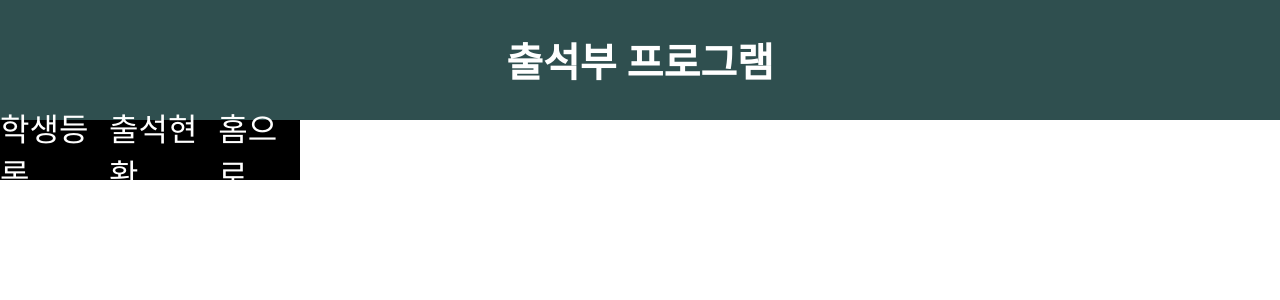
Repository: balhyo-younjisang/DigitechJSP
Page: http://localhost/rollbook/
An editor plug-in stored every save of this project. The page is shown before and after a run of saves, followed by the edit.
The browser window is 1280 px wide. The pictures show the whole page.
The page is served by Tomcat 9. Other server files are loaded and not shown.

Above is the page before, as saved 2025-03-31 03:48:01.

### rollbook/src/main/webapp/index.jsp
<%@ page language="java" contentType="text/html; charset=UTF-8"
    pageEncoding="UTF-8"%>
<!DOCTYPE html>
<html>
<head>
<meta charset="UTF-8">
<title>출석부 프로그램</title>
<link rel="stylesheet" href="./css/style.css">
</head>
<body>
	<%@ include file="./component/header.jsp" %>
</body>
</html>

### rollbook/src/main/webapp/component/header.jsp
<%@ page language="java" contentType="text/html; charset=UTF-8"
	pageEncoding="UTF-8"%>
<header>
	<div class="header">
		<h1>출석부 프로그램</h1>
	</div>
	<nav>
		<ul class="gnb">
			<li><a href="#">학생등록</a></li>
			<li><a href="#">출석현황</a></li>
			<li><a href="index.jsp">홈으로</a></li>
		</ul>
	</nav>
</header>

### rollbook/src/main/webapp/css/style.css
@charset "UTF-8";

* {
	margin: 0px;
	padding: 0px;
	box-sizing: border-box;
}

ul, li {
	list-style: none;
}

a {
	text-decoration: none;
	color: inherit;
}

header {
	width: 100vw;
	height: 180px;
}

header .header {
	width: 100%;
	height: 120px;
	display: flex;
	align-items: center;
	justify-content: center;
	background-color: darkslategrey;
}

header .header h1 {
	font-size: 40px;
	color: white;
}

header nav {
	height: 60px;
	width: 100%;
}

header nav .gnb {
	display: flex;
	align-items: center;
	justify-content: space-evenly;
	width: 300px;
	height: 100%;
	font-size: 32px;
	color: white;
	background-color: black;
}

After the next 2 saves:
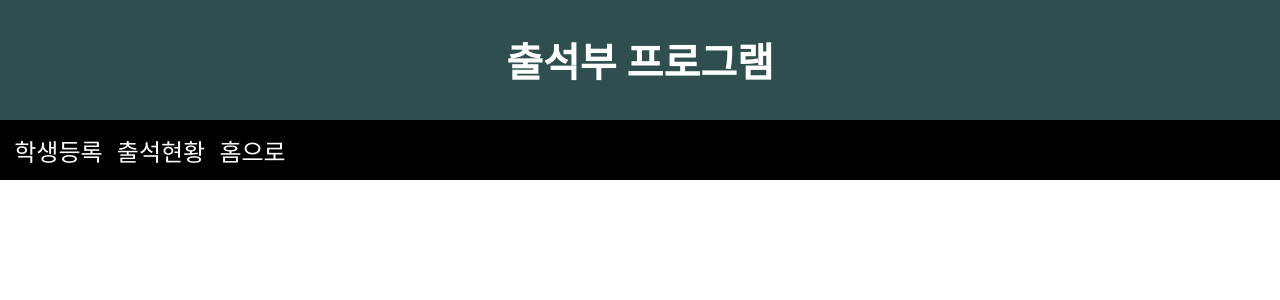
The 2 saves are shown as one change because they came seconds apart.
The last was saved 8 s later.
--- a/rollbook/src/main/webapp/css/style.css
+++ b/rollbook/src/main/webapp/css/style.css
@@ -37,6 +37,7 @@ header .header h1 {
 header nav {
 	height: 60px;
 	width: 100%;
+	background-color: black;
 }
 
 header nav .gnb {
@@ -45,7 +46,6 @@ header nav .gnb {
 	justify-content: space-evenly;
 	width: 300px;
 	height: 100%;
-	font-size: 32px;
+	font-size: 24px;
 	color: white;
-	background-color: black;
 }
